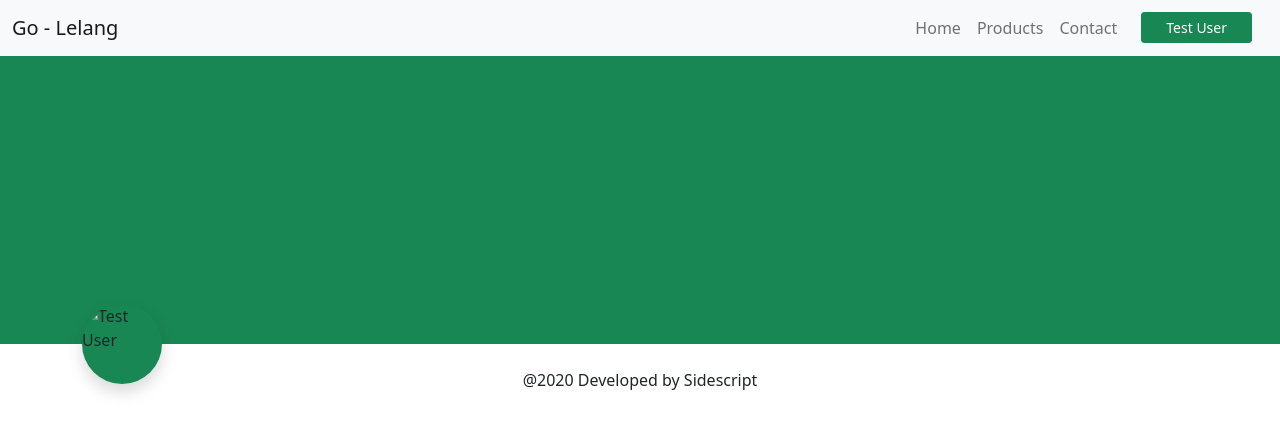
Repository: khulqu15/Go---Lelalng
Page: http://localhost/profile
These files come from the project's save history. The page is drawn as it stood at one moment and after a run of saves; the edit follows.
The browser window is 1280 px wide. The pictures show the whole page.
The page is served by the project's Laravel application, run on PHP 8.4 with Laravel 8. A made-up administrator, Test User (test@example.com), is signed in. Other server files are loaded and not shown.

Above is the page before, as saved 2021-02-22 20:18:00.

### routes/web.php
<?php

use App\Http\Controllers\DashboardController;
use App\Http\Controllers\PageController;
use App\Http\Controllers\UserController;
use Illuminate\Support\Facades\Route;

/*
|--------------------------------------------------------------------------
| Web Routes
|--------------------------------------------------------------------------
|
| Here is where you can register web routes for your application. These
| routes are loaded by the RouteServiceProvider within a group which
| contains the "web" middleware group. Now create something great!
|
*/

Route::get('/', [PageController::class, 'home'])->name('home');
Route::get('products', [PageController::class, 'products'])->name('products');
Route::get('product/{id}', [PageController::class, 'product'])->name('product');
Route::get('contact', [PageController::class, 'contact'])->name('contact');
Route::get('login', [PageController::class, 'login'])->name('login');
Route::get('register', [PageController::class, 'register'])->name('register');
Route::post('contact', [UserController::class, 'contactUs'])->name('contact.us');
Route::post('register', [UserController::class, 'register'])->name('register.post');
Route::post('login', [UserController::class, 'login'])->name('login.post');

Route::get('profile', [PageController::class, 'profile'])->name('profile');

Route::group(['middleware' => ['userDashboard']], function() {
    Route::get('dashboard', [DashboardController::class, 'index'])->name('dashboard');
    Route::get('dashboard/product', [DashboardController::class, 'product'])->name('dashboard.product');
    Route::get('dashboard/user', [DashboardController::class, 'user'])->name('dashboard.user');
    Route::get('dashboard/auction', [DashboardController::class, 'auction'])->name('dashboard.auction');
});

### app/Models/User.php
<?php

namespace App\Models;

use Illuminate\Contracts\Auth\MustVerifyEmail;
use Illuminate\Database\Eloquent\Factories\HasFactory;
use Illuminate\Foundation\Auth\User as Authenticatable;
use Illuminate\Notifications\Notifiable;
use Illuminate\Support\Facades\Hash;

class User extends Authenticatable
{
    use HasFactory, Notifiable;

    /**
     * The attributes that are mass assignable.
     *
     * @var array
     */
    protected $fillable = [
        'name',
        'email',
        'password',
    ];

    /**
     * The attributes that should be hidden for arrays.
     *
     * @var array
     */
    protected $hidden = [
        'password',
        'remember_token',
    ];

    /**
     * The attributes that should be cast to native types.
     *
     * @var array
     */
    protected $casts = [
        'email_verified_at' => 'datetime',
    ];

    public function Like()
    {
        return $this->hasMany(Like::class, 'user_id');
    }

    public function Auction()
    {
        return $this->hasMany(Auction::class, 'user_id');
    }

    public function isAdmin()
    {
        if($this->level == 'client') {
            return false;
        } else {
            return true;
        }
    }

    public function setPasswordAttribute($value)
    {
        $this->attributes['password'] = Hash::make($value);
    }
}

### app/Http/Controllers/PageController.php
<?php

namespace App\Http\Controllers;

use App\Models\Category;
use App\Models\Product;
use Illuminate\Http\Request;
use Illuminate\Support\Facades\Auth;

class PageController extends Controller
{
    public function home(Request $request)
    {
        $categories = Category::orderBy('id', 'DESC')->paginate(4);
        $query = Product::query();
        if($request->get('name')) {
            $products = $query->where('name', 'LIKE', '%'.$request->get('name').'%');
        }
        if($request->get('category')) {
            $products = $query->where('category_id', $request->get('category'));
        }
        $products = $query->with('Category')->orderBy('id', 'DESC')->paginate(3);
        return view('welcome', compact('products', 'categories'));
    }

    public function products(Request $request)
    {
        $categories = Category::orderBy('id', 'DESC')->paginate(4);
        $query = Product::query();
        if($request->get('name')) {
            $products = $query->where('name', 'LIKE', '%'.$request->get('name').'%');
        }
        if($request->get('category')) {
            $products = $query->where('category_id', $request->get('category'));
        }
        $products = $query->paginate(3);
        return view('page.products', compact('products', 'categories'));
    }

    public function product($id)
    {
        $product = Product::find($id);
        return view('page.product', compact('product'));
    }

    public function contact()
    {
        return view('page.contact');
    }

    public function login()
    {
        return view('auth.login');
    }

    public function register()
    {
        return view('auth.register');
    }

    public function profile()
    {
        if(Auth::check()) {
            return view('page.profile');
        }
        return redirect()->route('login')->with('error', 'Anda belum login');
    }
}

### resources/views/page/profile.blade.php
@extends('layout.app')

@section('title', Auth::user()->name)

@section('content')
<div class="container-fluid bg-success position-relative py-5">
    <div class="container py-5">
        <div class="row py-5">
            <div class="col-md-12">
                <div class="avatar-profile position-absolute shadow" style="bottom: -40px">
                    <img src="{{ asset('img/user/'.Auth::user()->avatar) }}" alt="{{ Auth::user()->name }}" class="image-fit-card">
                </div>
            </div>
        </div>
    </div>
</div>
@endsection

### resources/views/layout/app.blade.php
<!DOCTYPE html>
<html lang="en">
<head>
    <meta charset="UTF-8">
    <meta name="viewport" content="width=device-width, initial-scale=1.0">
    <meta http-equiv="X-UA-Compatible" content="ie=edge">
    <title>GO - Lelang | @yield('title')</title>

    <script src="{{ mix('css/app.css') }}"></script>
    <link rel="stylesheet" href="{{ asset('css/bootstrap.min.css') }}">
    <link rel="stylesheet" href="{{ asset('css/all.min.css') }}">
    <link rel="stylesheet" href="{{ asset('css/fontawesome.min.css') }}">
    <link rel="stylesheet" href="{{ asset('css/style.css') }}">

    <script src="{{ mix('js/app.js') }}"></script>
    <script src="{{ asset('js/jquery-3.5.1.min.js') }}"></script>
    <script src="{{ asset('js/bootstrap.min.js') }}"></script>
    <script src="{{ asset('js/all.min.js') }}"></script>
    <script src="{{ asset('js/fontawesome.min.js') }}"></script>

</head>
<body>

    @if(\Session::has('success'))
    <div role="alert" class="alert alert-success alert-dismissible show position-fixed alert-respond fade">
        <ul class="mb-0 pb-0">
            <li>{{ \Session::get('success') }}</li>
        </ul>
        <button type="button" class="btn-close" data-bs-dismiss="alert" aria-label="Close"></button>
    </div>
    @endif
    @if(\Session::has('error'))
    <div role="alert" class="alert alert-danger alert-dismissible show position-fixed alert-respond fade">
        <ul class="mb-0 pb-0">
            <li>{{ \Session::get('error') }}</li>
        </ul>
        <button type="button" class="btn-close" data-bs-dismiss="alert" aria-label="Close"></button>
    </div>
    @endif

    <nav class="navbar navbar-expand-lg navbar-light bg-light">
        <div class="container-fluid">
            <a class="navbar-brand" href="{{ route('home') }}">Go - Lelang</a>
            <button class="navbar-toggler" type="button" data-bs-toggle="collapse" data-bs-target="#navbarSupportedContent" aria-controls="navbarSupportedContent" aria-expanded="false" aria-label="Toggle navigation">
                <span class="navbar-toggler-icon"></span>
            </button>
            <div class="collapse navbar-collapse" id="navbarSupportedContent">
                <ul class="navbar-nav ms-auto mb-2 mb-lg-0">
                    <li class="nav-item">
                        <a class="nav-link {{ Request::is('home') ? 'active' : '' }}" aria-current="page" href="{{ route('home') }}">Home</a>
                    </li>
                    <li class="nav-item">
                        <a class="nav-link {{ Request::is('products') ? 'active' : '' }}"" href="{{ route('products') }}">Products</a>
                    </li>
                    <li class="nav-item">
                        <a class="nav-link {{ Request::is('contact') ? 'active' : '' }}"" href="{{ route('contact') }}">Contact</a>
                    </li>
                    <li class="nav-item pt-1 px-3">
                        @if (Auth::check())
                            <button onclick="window.location = '{{ route('profile') }}'" class="btn btn-success btn-sm px-4">{{ Auth::user()->name }}</button>
                        @else
                            <button class="btn btn-success btn-sm px-4" onclick="window.location = '{{ route('login') }}'">Login</button>
                            <button class="btn btn-light btn-sm px-2" onclick="window.location = '{{ route('register') }}'">Register</button>
                        @endif
                    </li>
                </ul>
            </div>
        </div>
    </nav>

    @yield('content')

    <footer class="container-fluid py-4">
        <div class="row">
            <div class="col-md-12 text-center">
                <p class="mb-0">@2020 Developed by Sidescript</p>
            </div>
        </div>
    </footer>
</body>
</html>

### public/css/style.css
body {
    overflow-x: hidden !important;
}
.viga {
    font-family: 'Viga', sans-serif;
}
.bgm-primary {
    background-color: #198754 !important;
}
.bgm-primary-light {
    background-color: #FFCECE !important;
}
.btnm-primary {
    border: none;
    border-radius: 0px !important;
    transition: all .3s ease-in-out;
    background-color: #198754 !important;
    padding: 1rem 2rem;
    color: white;
}
.shadow-smooth {
    box-shadow: 10px 20px 49px -8px rgba(0, 0, 0, 0.08) !important;
}
.page-item.active .page-link {
    background-color: #198754 !important;
    border-color: #198754 !important;
    color: white !important;
}
.page-link {
    color: #198754 !important;
}
.text-right {
    text-align: right !important;
}
.text-left {
    text-align: left !important;
}
.text-sm {
    font-size: .8rem;
}
.text-center {
    text-align: center !important;
}
.cursor-point {
    cursor: pointer;
}
.btnm-primary:hover {
    color: white !important;
    background-color: #c01c1c !important;
}
.btnm-light {
    border: none;
    border-radius: 0px !important;
    transition: all .3s ease-in-out;
    background-color: #f2f2f2 !important;
    padding: 1rem 2rem;
    color: #292929;
}
.btnm-light:hover {
    color: #292929 !important;
    background-color: #c2c2c2 !important;
}
.textm-primary {
    color: #198754 !important;
}
.textm-gray {
    color: gray !important;
}

.input-search-home {
    width: 80%;
    position: absolute;
    left: 10%;
    height: 60px;
    box-shadow: 0px 20px 40px -6px rgba(0, 0, 0, 0.12);
    top: -50px;
    background-color: white;
}
.input-search-home input {
    height: 60px;
}
.input-search-home button,
.input-search-home a {
    position: relative;
    top: -10px;
}
.maxm-height {
    min-height: 70vh;
    max-height: 70vh !important;
    overflow-y: auto !important;
    overflow-x: hidden !important;
}


.card-product {
    width: 100%;
    transition: all .3s ease-in-out;
    height: 370px;
    background-color: white;
}
.card-product:hover {
    box-shadow: 12px 24px 48px rgba(0, 0, 0, 0.09);
}
.card-product .image {
    width: 100%;
    height: 170px;
    background-color: #f36c6c;
    overflow: hidden;
}
.card-product .image img {
    transition: all .3s ease-in-out;
}
.card-product .image:hover img {
    transform: scale(1.1);
    opacity: .6;
}
.card-product .like {
    width: 50px;
    height: 50px;
    border-radius: 50px;
    background-color: #fccece;
    color: #198754;
    position: absolute;
    line-height: 53px;
    text-align: center;
    z-index: 10;
    top: 140px;
    right: 20px;
    transition: all .3s ease-in-out;
}
.card-product .like:hover {
    cursor: pointer;
    background-color: #c01c1c;
    color: #FFCECE;
}
.card-product .liked {
    width: 50px;
    height: 50px;
    border-radius: 50px;
    background-color: #198754;
    color: #fccece;
    position: absolute;
    line-height: 53px;
    text-align: center;
    z-index: 10;
    top: 140px;
    right: 20px;
    transition: all .3s ease-in-out;
}
.card-product .like:hover {
    cursor: pointer;
    color: #c01c1c;
    background-color: #FFCECE;
}
.image-fit-card {
    width: 100%;
    height: 100%;
    object-fit: cover !important;
}
.card-product .line-category {
    display: inline-block;
    width: 20px;
    height: 3px;
    background-color: gray;
}

.bg-hammer-bottom {
    background: url('../img/wallpaper/hammer.png');
    background-attachment: fixed;
    background-position: center;
    background-size: cover;
}

.input-email-footer {
    position: relative;
    width: 100%;
    height: 70px;
    box-shadow: 0px 19px 38px rgba(0, 0, 0, 0.12);
    background-color: white;
}
.input-email-footer input {
    height: 70px;
    width: 100%;
}
.input-email-footer button {
    position: relative;
    top: -8px
}

.menu-footer {
    color: rgba(255, 255, 255, .5);
}
.menu-footer.active,
.menu-footer:hover {
    color: rgba(255, 255, 255, 1);
    cursor: pointer;
    transition: all .4s ease-in-out;
}
.menu-footer .icon {
    position: absolute;
    right: -50px;
    opacity: 0;
    transition: all .2s ease-in-out;
    visibility: hidden;
}
.menu-footer.active .icon,
.menu-footer:hover .icon {
    position: relative;
    opacity: 1;
    right: 0;
    visibility: visible;
}
.menu-footer .menu-title {
    transition: all .2s ease-in-out;
    position: relative;
    font-size: 3rem;
    right: -10px;
}
.menu-footer.active .menu-title,
.menu-footer:hover .menu-title {
    position: relative;
    right: 0px;
}

.icons-footer svg {
    transition: all .2s ease-in-out;
    color: #c2c2c2;
    margin: 0px .8rem;
    font-size: 1.4rem;
}

.icons-footer svg:hover {
    cursor: pointer;
    color: #767676;
}

.navbar {
    transition: all .3s ease-in-out;
    z-index: 100;
}
.burger {
    position: relative;
    top: -5px;
    margin: 10px 0px 0px 0px;
}
.burger div {
    width: 30px;
    height: 2px;
    margin: 7px 0px;
    position: relative;
    background-color: #767676;
    transition: all .3s ease-in-out;
}
.burger.times div:nth-child(1) {
    transform: rotate(45deg);
    top: 5px;
}
.burger.times div:nth-child(2) {
    transform: rotate(-45deg);
    top: -5px;
}

.navbar-fixed {
    position: fixed;
    width: 100%;
    z-index: 50;
    overflow-x: hidden !important;
    overflow-y: auto !important;
    height: 100%;
    top: 0;
    opacity: 1;
    transform: skew(0deg);
    background-color: white;
    visibility: visible;
    right: 0;
    transition: all .5s ease-in;
}
.avatar-sm {
    width: 40px;
    height: 40px;
    border-radius: 40px;
    overflow: hidden;
    display: inline-block;
}
.avatar-md {
    width: 50px;
    height: 50px;
    border-radius: 50px;
    overflow: hidden;
    display: inline-block;
}
.avatar-sm-navbar {
    width: 40px;
    height: 40px;
    border-radius: 40px;
    display: inline-block;
    right: 120px;
    position: absolute;
    z-index: 10;
    overflow: hidden;
    transition: all .3s ease-in-out;
    top: 24px;
    box-sizing: content-box;
}
.avatar-sm-navbar:hover {
    cursor: pointer;
    border: 4px solid gainsboro;
    top: 20px;
    right: 112px;
}
.navbar-fixed.hide {
    transform: skew(10deg) !important;
    opacity: 0 !important;
    right: -100% !important;
    visibility: hidden !important;
}
.menu-navbar {
    color: rgba(44, 44, 44, 0.5);
}
.menu-navbar.active,
.menu-navbar:hover {
    color: rgba(44, 44, 44, 1) !important;
    cursor: pointer;
    transition: all .4s ease-in-out;
}
.menu-navbar .icon {
    position: absolute;
    right: -50px;
    opacity: 0;
    transition: all .2s ease-in-out;
    visibility: hidden;
}
.menu-navbar.active .icon,
.menu-navbar:hover .icon {
    position: relative;
    opacity: 1;
    right: 0;
    visibility: visible;
}
.menu-navbar .menu-title {
    transition: all .2s ease-in-out;
    position: relative;
    font-size: 3rem;
    right: -10px;
}
.menu-navbar.active .menu-title,
.menu-navbar:hover .menu-title {
    position: relative !important;
    right: 0px !important;
}
a {
    text-decoration: none !important;
}
.full-page,
.bg-product {
    width: 100%;
    min-height: 100vh;
    overflow: hidden;
    position: relative;
    background-color: #292929;
}
.full-page {
    background-color: #f36c6c !important;
}
.bg-product img {
    opacity: .8;
}

.avatar-profile {
    width: 80px;
    margin: 0px auto;
    height: 80px;
    display: inline-block;
    border-radius: 80px;
    overflow: hidden !important;
    background-color: #198754;
}
.ellipsis-menu-right {
    top: 0;
    right: 0;
    margin: .7rem;
    font-size: 1.2rem;
}

.card-profile-navbar {
    background-color: white;
    width: 300px;
    position: relative;
    z-index: 100;
}
.card-auction {
    box-shadow: 0px 5px 15px rgba(0, 0, 0, 0.12);
    transition: all .3s ease-in-out;
}
.card-auction:hover {
    box-shadow: 0px 10px 30px rgba(0, 0, 0, 0.1);
}
.alert-respond {
    width: 50%;
    top: 20%;
    z-index: 100;
    left: 25%;
}
@media only screen and (max-width: 760px) {
    .alert-respond {
        z-index: 100;
        top: 20%;
        width: 80%;
        left: 10%;
    }
}

.btn-fab {
    position: fixed;
    right: 25px;
    bottom: 25px;
    z-index: 100;
}

.menu-ellipsis {
    width: 260px;
    overflow: hidden;
    right: 0;
    background-color: white;
    transition: all .3s ease-in-out;
    box-shadow: 0px 10px 20px rgba(0, 0, 0, 0.08);
}
.menu-ellipsis.hide {
    opacity: 0 !important;
    visibility: hidden !important;
    right: -20px !important;
}
.menu-ellipsis .item {
    padding: .7rem 1.4rem;
    transition: all .3s ease-in-out;
    text-align: right !important;
    cursor: pointer;
}
.menu-ellipsis .item:hover {
    background-color: gainsboro;
}

Loaded but not shown: app/Providers/AppServiceProvider.php (common file); app/Http/Controllers/Controller.php (common file); public/mix-manifest.json (common file); public/css/bootstrap.min.css (library); public/css/all.min.css (library); public/css/fontawesome.min.css (library); public/js/app.js (library); public/js/jquery-3.5.1.min.js (library); public/js/bootstrap.min.js (library); public/js/fontawesome.min.js (library); public/css/app.css (empty)

After the next 2 saves:
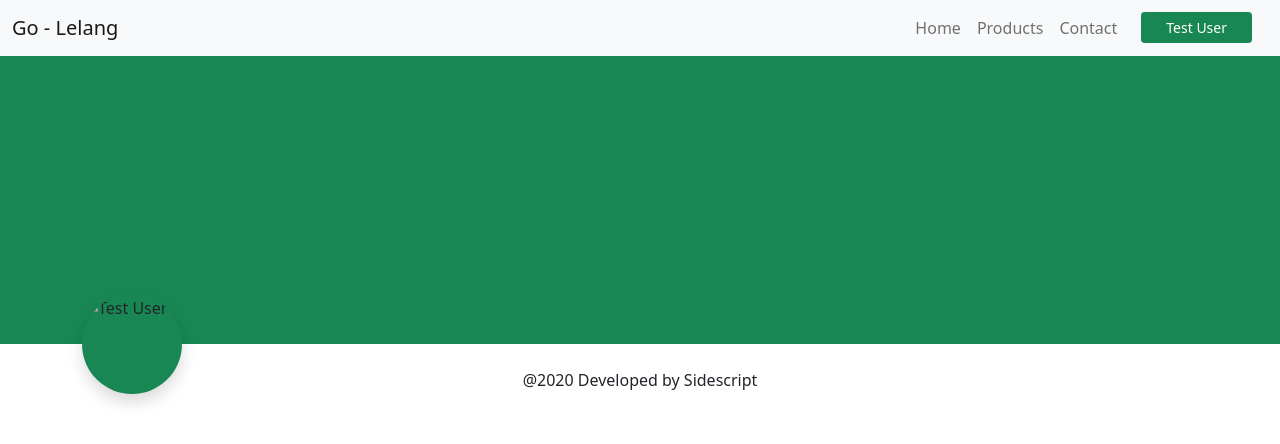
The 2 saves are shown as one change because they came seconds apart.
The last was saved 37 s later.
--- a/resources/views/page/profile.blade.php
+++ b/resources/views/page/profile.blade.php
@@ -7,7 +7,7 @@
     <div class="container py-5">
         <div class="row py-5">
             <div class="col-md-12">
-                <div class="avatar-profile position-absolute shadow" style="bottom: -40px">
+                <div class="avatar-profile position-absolute shadow" style="bottom: -50px; width: 100px; height: 100px; border-radius: 100px;">
                     <img src="{{ asset('img/user/'.Auth::user()->avatar) }}" alt="{{ Auth::user()->name }}" class="image-fit-card">
                 </div>
             </div>
